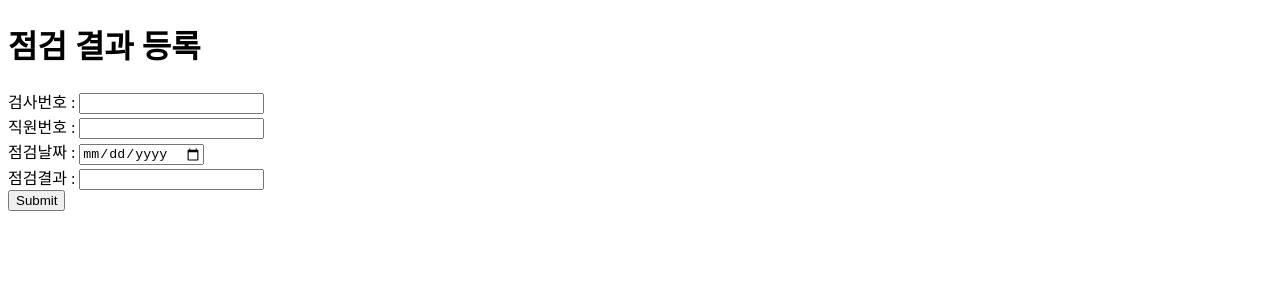
Repository: Awseok/InterDBTermProject
Page: FoodManager/WebContent/Inspection_modify.html
The author's editor kept a copy of each file at every save. The page is drawn from the files as they stood at one save, then again after the next save.
The browser window is 1280 px wide. The pictures show the whole page.

Above is the page before, as saved 2020-06-29 07:09:10.

### FoodManager/WebContent/Inspection_modify.html
<!DOCTYPE html>
<html>
<head>
<meta charset="UTF-8">
<title>점검 결과 등록</title>
</head>
<body>
<h1> 점검 결과 등록 </h1>

<form action="http://localhost:8080/FoodManagerr/InspectionController">

검사번호 : <input type="number" name="ino"> <br />
직원번호 : <input type="number" name="eno"> <br />
점검날짜 : <input type="date" name="date"> <br />
점검결과 : <input type="text" name="result"> <br />
<input type="submit">
</form>
</body>
</html>

After the next save:
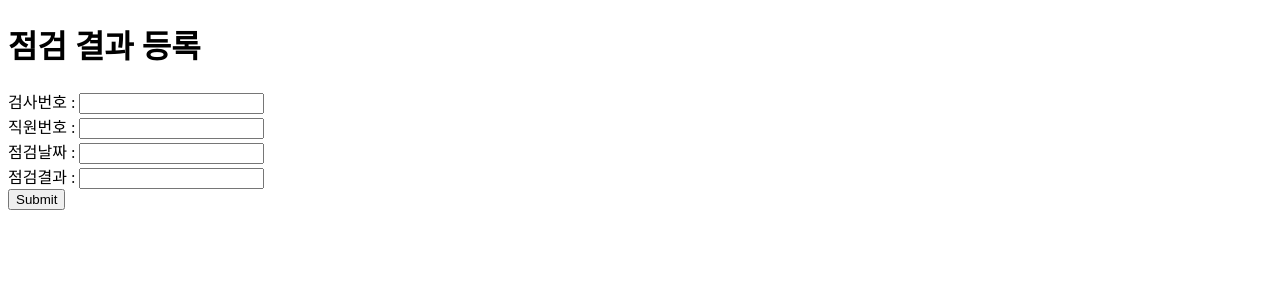
Saved 37 s later.
--- a/FoodManager/WebContent/Inspection_modify.html
+++ b/FoodManager/WebContent/Inspection_modify.html
@@ -11,7 +11,7 @@
 
 검사번호 : <input type="number" name="ino"> <br />
 직원번호 : <input type="number" name="eno"> <br />
-점검날짜 : <input type="date" name="date"> <br />
+점검날짜 : <input type="text" name="date"> <br />
 점검결과 : <input type="text" name="result"> <br />
 <input type="submit">
 </form>
